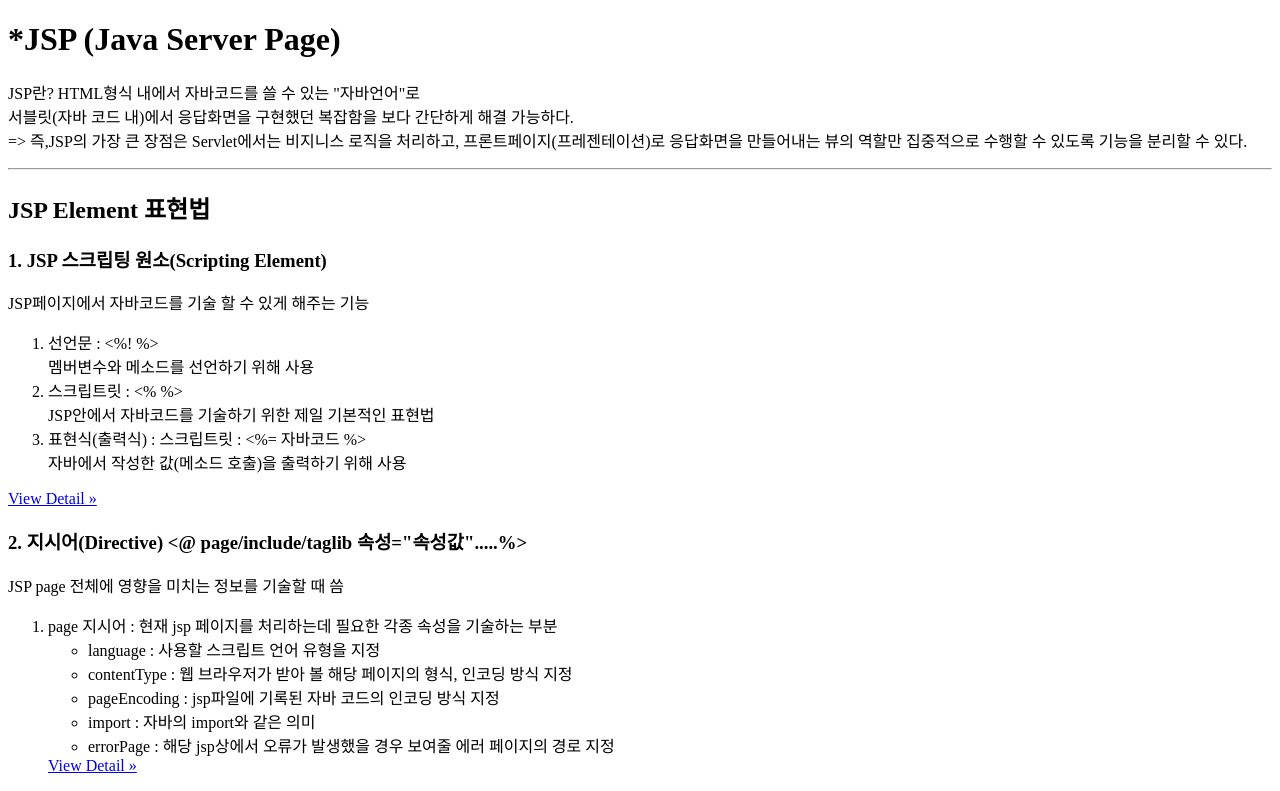
Repository: yejin0220/Web-workspace1
Page: 2_JSP/WebContent/index.html
An editor plug-in stored every save of this project. The page is shown before and after the next save, followed by the edit.
The browser window is 1280 px wide. The pictures show the whole page.

Above is the page before, as saved 2023-02-08 05:55:44.

After the next save:
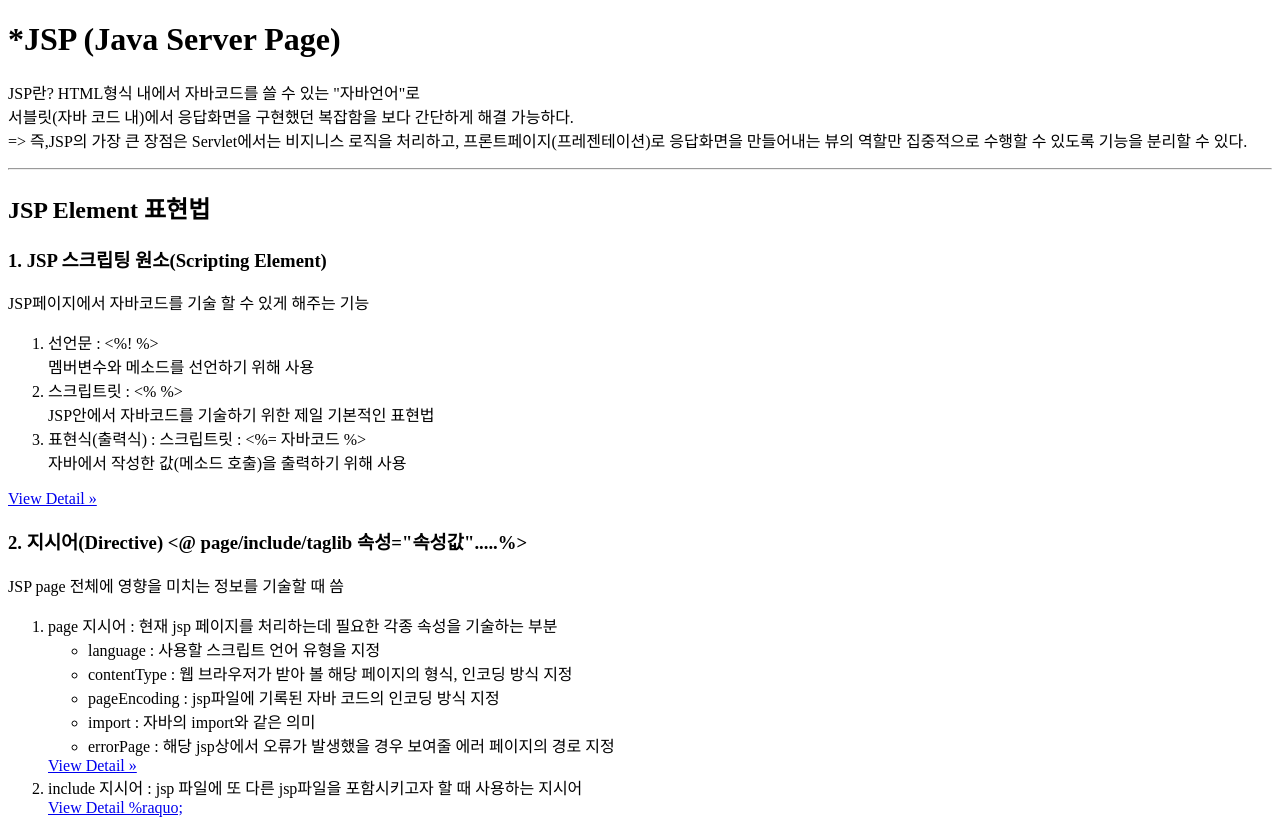
Saved 19 s later.
--- a/2_JSP/WebContent/index.html
+++ b/2_JSP/WebContent/index.html
@@ -56,6 +56,12 @@
 				</ul>
 				<a href="views/02_DirectivePage.jsp">View Detail &raquo;</a>
 			</li>
+			<li>
+				include 지시어 : jsp 파일에 또 다른 jsp파일을 포함시키고자 할 때 사용하는 지시어<br>
+				<a href="views/03_DirectiveInclude.jsp">View Detail %raquo;</a>
+			</li>
+
+
 
 		</ol>
 
